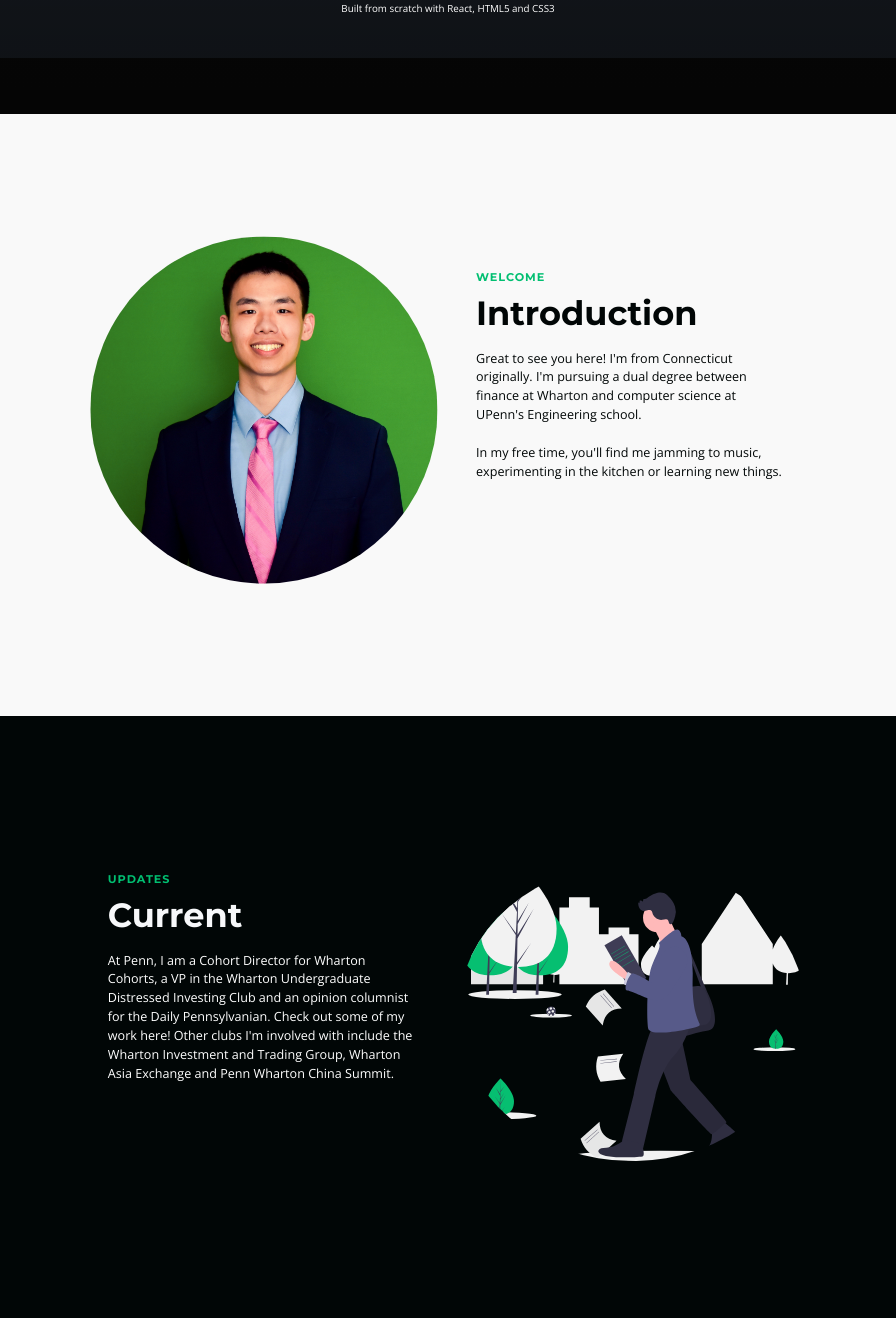
Repository: icer6683/Website
Page: /
These files come from the project's save history. The page is drawn as it stood at one moment and after the next save; the edit follows.
The browser window is 1280 px wide. The pictures show the part of the page from y = 717 to 2637 px (the page is 5676 px tall), at 70% of full size.
Pictures or frames that could not be fetched are drawn as grey boxes. The project was rebuilt for these pictures with package versions that can differ from the ones it lists, and the page was loaded fresh each time. Also part of the build but not shown: src/Components/ContactMe/ContactMeElements.js, src/Components/ContactMe/index.js, src/Pages/contactme.js. Imported but missing from the stored project, and not drawn on this page: src/Video/video.mp4.

Above is the page before, as saved 2023-07-03 13:23:42.

### public/index.html
<!DOCTYPE html>
<html lang="en">

<head>
  <meta charset="utf-8" />
  <link rel="icon" href="%PUBLIC_URL%/logo.png" />
  <meta name="viewport" content="width=device-width, initial-scale=1" />
  <meta name="theme-color" content="#000000" />
  <meta name="name" content="Andrew Lou" />
  <meta name="description" content=" Portfolio website of Andrew Lou, a undergradaute student at Wharton." />
  <meta name="keywords" content="Andrew Lou, Wharton, Cornell, UPenn, Finance, Computer Science, Connecticut ">
  <link rel="apple-touch-icon" href="%PUBLIC_URL%/logo.png" />
  <link rel="stylesheet" href="https://use.fontawesome.com/releases/v5.15.1/css/all.css"
    integrity="sha384-vp86vTRFVJgpjF9jiIGPEEqYqlDwgyBgEF109VFjmqGmIY/Y4HV4d3Gp2irVfcrp" crossorigin="anonymous">
  <link rel="preconnect" href="https://fonts.gstatic.com">
  <link rel="preconnect" href="https://fonts.gstatic.com">
  <link href="https://fonts.googleapis.com/css2?family=Montserrat:wght@600;700&display=swap" rel="stylesheet">
  <link rel="preconnect" href="https://fonts.gstatic.com">
  <link href="https://fonts.googleapis.com/css2?family=Open+Sans:wght@300;400&display=swap" rel="stylesheet">
  <!--
      manifest.json provides metadata used when your web app is installed on a
      user's mobile device or desktop. See https://developers.google.com/web/fundamentals/web-app-manifest/
    -->
  <link rel="manifest" href="%PUBLIC_URL%/manifest.json" />
  <!--
      Notice the use of %PUBLIC_URL% in the tags above.
      It will be replaced with the URL of the `public` folder during the build.
      Only files inside the `public` folder can be referenced from the HTML.

      Unlike "/favicon.ico" or "favicon.ico", "%PUBLIC_URL%/favicon.ico" will
      work correctly both with client-side routing and a non-root public URL.
      Learn how to configure a non-root public URL by running `npm run build`.
    -->
  <title>Andrew Lou</title>
</head>

<body>
  <noscript>Hey there! This is Andrew. I'm orginally from Connecticut. I'm currently a sophomore at Wharton focusing on
    finance and computer science. Browse this website to learn more me! </noscript>
  <div id="root"></div>
  <!--
      This HTML file is a template.
      If you open it directly in the browser, you will see an empty page.

      You can add webfonts, meta tags, or analytics to this file.
      The build step will place the bundled scripts into the <body> tag.

      To begin the development, run `npm start` or `yarn start`.
      To create a production bundle, use `npm run build` or `yarn build`.
    -->
</body>

</html>

### src/App.js
import './App.css';
import React from 'react';
import { BrowserRouter as Router, Switch, Route } from 'react-router-dom'
import Home from './Pages';
import ContactMePage from './Pages/contactme';
function App() {
  return (
    <Router>
      <Switch>
        <Route path="/" component={Home} exact />
        <Route path="/contactme" component={ContactMePage} exact />
      </Switch>
    </Router>
  );
}

export default App;

### src/App.css
*{
  box-sizing: border-box;
  margin: 0;
  padding:0;
  font-family: 'Montserrat', sans-serif;
}

### src/Pages/index.js
import React, { useState } from 'react'
import Navbar from '../Components/Navbar';
import Topbar from '../Components/Topbar';
import HeroSection from '../Components/Main';
import Sections from '../Components/Sections';
import Gallery from '../Components/Gallery';
import { homeObjOne, homeObjTwo } from '../Components/Sections/Data';
import Footer from '../Components/Footer'
import Timeline from '../Components/Timeline';
const Home = () => {
    const [isOpen, setIsOpen] = useState(false);

    const toggle = () => {
        setIsOpen(!isOpen);
    };
    return (
        <>
            <Topbar isOpen={isOpen} toggle={toggle} />
            <Navbar toggle={toggle} />
            <HeroSection />
            <Sections {...homeObjOne} />
            <Sections {...homeObjTwo} />
            <Timeline />
            <Gallery />
            <Footer />
        </>
    )
}

export default Home

### src/Components/Topbar/index.js
import React from 'react';
import { TopbarContainer, Icon, CloseIcon, TopbarWrapper, TopbarMenu, TopbarLink, TopBtnWrap, TopbarRoute, TopbarContactMe, StyledPopup, TopBtnLink }
    from './TopbarElements';
import { animateScroll as scroll } from 'react-scroll';

const Topbar = ({ isOpen, toggle }) => {
    const changeTop = () => {
        scroll.scrollToTop();
    }
    return (
        <TopbarContainer isOpen={isOpen} onClick={toggle}>
            <Icon onClick={toggle}>
                <CloseIcon />
            </Icon>
            <TopbarWrapper>
                <TopbarMenu>
                    <TopbarLink to="about" onClick={toggle}>About</TopbarLink>
                    <TopbarLink to="updates" onClick={toggle}>Updates</TopbarLink>
                    <TopbarLink to="experiences" onClick={toggle}>Experiences</TopbarLink>
                    <TopbarLink to="interests" onClick={toggle}>Interests</TopbarLink>
                </TopbarMenu>
                <TopBtnWrap>
                    <TopBtnLink to='/contactme' onClick={changeTop}>Contact Me</TopBtnLink>
                </TopBtnWrap>
            </TopbarWrapper>
        </TopbarContainer>
    );
};

export default Topbar;

### src/Components/Main/index.js
import React from 'react';
import Video from '../../Video/video.mp4';
import { HeroContainer, HeroBg, VideoBg, HeroContent, HeroH1, HeroP, HeroBtnMenu, HeroSmall } from './HeroElements';
import './Main.css';
import Typewriter from 'typewriter-effect';
const HeroSection = ({ shape }) => {
    return (
        <HeroContainer id="home">
            <HeroBg>
                <VideoBg autoPlay loop playsinline muted src={Video} type='video/mp4' style={{ WebkitMediaControls: 'display(none)' }} />
            </HeroBg>
            <HeroContent>
                <HeroH1><Typewriter
                    onInit={(typewriter) => {
                        typewriter
                            .typeString("Hey there, nice to meet you!")
                            .pauseFor(1000)
                            .deleteAll()
                            .typeString("I'm Andrew. ")
                            .start();
                    }}
                /></HeroH1>
                <HeroP>
                    Rising Senior at <a href="https://www.wharton.upenn.edu/" class="whartonLink">Wharton</a>.
                </HeroP>
                <HeroBtnMenu>
                    <a href="https://github.com/icer6683" className="buttonMain" target="_blank" rel="noreferrer"><i class="fab fa-github fa-2x button"></i></a>
                    <a href="http://www.linkedin.com/in/andrewlou6683" className="buttonMain" target="_blank" rel="noreferrer"><i class="fab fa-linkedin fa-2x button"></i></a>
                </HeroBtnMenu>
                <HeroSmall style={{ transform: 'translate(0%, 1400%)' }}>
                    Built from scratch with React, HTML5 and CSS3
                </HeroSmall>
            </HeroContent>
        </HeroContainer>
    )
}

export default HeroSection

### src/Components/Sections/Data.js
import face from '../../Images/face.JPG';
import walking from '../../Images/walking.svg';

export const homeObjOne = {
    id: 'about',
    lightBg: true,
    lightText: false,
    lightTextDesc: false,
    topLine: 'Welcome',
    headline: "Introduction",
    description: "Great to see you here! I'm from Connecticut originally. I'm pursuing a dual degree between finance at Wharton and computer science at UPenn's Engineering school. \n\nIn my free time, you'll find me jamming to music, experimenting in the kitchen or learning new things. ",
    shape: false,
    imgStart: true,
    img: face,
    alt: 'Face',
    dark: true,
    primary: true,
    darkText: true,
    round: true,
    show: 'none'
}
export const homeObjTwo = {
    id: 'updates',
    lightBg: false,
    lightText: true,
    lightTextDesc: true,
    topLine: 'Updates',
    headline: "Current",
    description: "At Penn, I am a Cohort Director for Wharton Cohorts, a VP in the Wharton Undergraduate Distressed Investing Club and an opinion columnist for the Daily Pennsylvanian. Check out some of my work here! Other clubs I'm involved with include the Wharton Investment and Trading Group, Wharton Asia Exchange and Penn Wharton China Summit. ",
    shape: false,
    imgStart: false,
    img: walking,
    alt: 'Absorbed in Work',
    dark: false,
    primary: true,
    darkText: false,
    round: true,
    show: 'none'
}

export const homeObjThree = {
    id: 'updates',
    lightBg: false,
    lightText: true,
    lightTextDesc: true,
    topLine: 'Updates',
    headline: "Current",
    description: "At Cornell, I was involved with the Student Activities Funding Commission, Association of Computer Science Undergraduates, Ascend Business Club and Cornell Undergraduate Research Board. \n \nIn addition, I served as a consultant for CS 2110: Object-Oriented Programming and Data Structures in spring 2021. ",
    shape: false,
    imgStart: false,
    img: walking,
    alt: 'Absorbed in Work',
    dark: false,
    primary: true,
    darkText: false,
    round: true,
    show: 'none'
}

### src/Components/Footer/index.js
import React from 'react'
import { FooterContainer, FooterWrap, FooterLinksContainer, FooterLinksWrapper, FooterLinkItems, FooterLinkTitle, FooterLink, SocialLogo, WebsiteRights, SocialMedia, SocialMediaWrap } from './FooterElements'
import { animateScroll as scroll } from 'react-scroll';
import logo from '../logo.png';
const Footer = () => {

    const toggleHome = () => {
        scroll.scrollToTop();
    }

    return (
        <>
            <FooterContainer>
                <FooterWrap>
                    <FooterLinksContainer>
                        <FooterLinksWrapper>
                        </FooterLinksWrapper>
                    </FooterLinksContainer>

                    <SocialMedia>
                        <SocialMediaWrap>
                            <SocialLogo to='/' onClick={toggleHome}>
                                <img src={logo} style={{ width: '50px', borderRadius: '7px' }}></img>
                            </SocialLogo>
                            <WebsiteRights>Andrew Lou © {new Date().getFullYear()} All rights reserved. </WebsiteRights>
                        </SocialMediaWrap>
                    </SocialMedia>
                </FooterWrap>
            </FooterContainer >
        </>
    )
}

export default Footer

### src/Components/Main/Main.css
.buttonMain{
    width: 60px;
    height: 60px;
    background-color: white;
    color: #010606;
    text-decoration: none;
    border-radius: 50px;
    white-space: nowrap;
    outline: none;
    border: none;
    cursor: pointer;
    display: flex;
    justify-content: center;
    align-items: center;
    transition: all 0.2s ease-in-out;
    padding: 5px;
}

.whartonLink{
    color: #01bf71;
    text-decoration: none;
}

.buttonMain:hover{
    transition: all 0.2s ease-in-out;
    background-color: #01BF71;
}

### src/Components/ButtonElement.js
import styled from 'styled-components';
import {Link as LinkS} from 'react-scroll'

export const Button = styled(LinkS)`
    width: ${({shape}) => (shape ? '60px' : '')};
    height: ${({shape}) => (shape ? '60px' : '')};
    border-radius: 50px;
    background: ${({primary}) => (primary ? '#01BF71' : '#010606')};
    white-space: nowrap;
    padding: ${({big}) => (big ? '14px 48px' : '12px 30px')};
    color: ${({dark}) => (dark ? '#010606' : '#fff')};
    font-size: ${({fontBig}) =>(fontBig ? '20px' : '16px')};
    outline: none;
    border: none;
    cursor: pointer;
    display: flex;
    justify-content: center;
    align-items: center;
    transition: all 0.2s ease-in-out;
    text-decoration: none;
    font-family: 'Open Sans', sans serif;
    &: hover{
        transition: all 0.2s ease-in-out;
        background: ${({primary}) => (primary ? '#fff' : '#01BF71')};
    }
`

### src/Components/Gallery/GalleryComponents.js
import styled from 'styled-components';

export const GalleryContainer = styled.div`
    height: 900px;
    display: flex;
    flex-direction: column;
    justify-content: center;
    align-items: center;
    background: #010606;

    @media screen and (max-width: 1300px){
        height: 1200px;
    }

    @media screen and (max-width: 768px){
        height: 1900px;
    }
`

export const GalleryWrapper = styled.div`
    max-width: 1300px;
    margin: 0 auto;
    display: grid;
    grid-template-columns: 1fr 1fr 1fr 1fr;
    align-items: center;
    grid-gap: 16px;
    padding: 0 50px;

    @media screen and (max-width: 1300px){
        grid-template-columns: 1fr 1fr 1fr;
    }

    @media screen and (max-width: 1000px){
        grid-template-columns: 1fr 1fr;
    }

    @media screen and (max-width: 768px){
        grid-template-columns: 1fr;
        padding: 0 20px;
    }
`

export const GalleryCard = styled.div`
    background: #fff;
    display: flex;
    flex-direction: column;
    justify-content: flex-start;
    align-items: center;
    border-radius: 10px;
    max-width: 340px;
    height: 350px;
    padding: 30px;
    box-shadow: 0 1px 3px rgba (0,0,0,0.2);
    transition: all 0.2s ease-in-out;

    &:hover{
        transform: scale(1.02);
        transition: all 0.2s ease-in-out;
        cursor: pointer;
    }
`

export const GalleryIcon = styled.img`
    height: 160px;
    width: 160px;
    margin-bottom: 10px;
`

export const GalleryH1 = styled.h1`
    font-size: 2.5rem;
    color: #fff;
    margin-bottom: 64px;

    @media screen and (max-width: 480px){
        font-size: 2rem;
    }
`

export const GalleryH2 = styled.h2`
    font-size: 1rem;
    margin-bottom: 10px;
`

export const GalleryP = styled.p`
    font-size: 0.9rem;
    text-align: center;
    font-family: 'Open Sans', sans serif;
`

### src/Components/Footer/FooterElements.js
import styled from 'styled-components';
import {Link} from 'react-router-dom';
export const FooterContainer = styled.footer`
    background-color: #101522;
`

export const FooterWrap= styled.div`
    padding: 48px 24px;
    display: flex;
    flex-direction: column;
    justify-content: center;
    align-items: center;
    max-width: 1100px;
    margin: 0 auto;
`

export const FooterLinksContainer = styled.div`
    display: flex;
    justify-content: center;

    @media screen and (max-width: 820px){
        padding-top: 32px;
    }
`

export const FooterLinksWrapper = styled.div`
    display: flex;

    @media screen and (max-width: 820px){
        flex-direction: column;
    }
`

export const FooterLinkItems = styled.div`
    display: flex;
    flex-direction: column;
    align-items: flex-start;
    margin: 16px;
    text-align: center;
    width: 160px;
    box-sizing: border-box;
    color: #fff;

    @media screen and (max-width: 420px){
        margin: 0;
        padding: 10px;
        width: 100%;
    }
`

export const FooterLinkTitle = styled.h1`
    font-size: 14px;
    margin-bottom: 16px;

`

export const FooterLink = styled(Link)`
    font-family: 'Open Sans', sans serif;
    color: #fff;
    text-decoration: none;
    margin-bottom: 0.5rem;
    font-size: 14px;
    font-weight: 300px;
    &:hover{
        color: #01bf71;
        transition: 0.3s ease-in-out;
    }
`
export const SocialMedia = styled.section`
    max-width: 1000px;
    width: 100%;
`

export const SocialMediaWrap = styled.div`
    display: flex;
    justify-content: space-between;
    align-items: center;
    max-width: 1100px;
    margin: 40px auto 0 auto;

    @media screen and (max-width: 820px){
        flex-direction: column;
    }
`
export const SocialLogo = styled(Link)`
    color: #fff;
    justify-self: start;
    cursor: pointer;
    text-decoration: none;
    font-size: 1.5rem;
    display: flex;
    align-items: center;
    margin-bottom: 16px;
    font-weight: bold;
`

export const WebsiteRights = styled.small`
    color: #fff;
    margin-bottom: 16px;

`

### src/Components/Timeline/TimelineElements.js
import styled from 'styled-components'

let TimelineElements = [
    {
        id: 1,
        title: "Rest of Undegraduate @ Wharton",
        location: "Philadelphia, Pennsylvania",
        description: "Class of 2024",
        buttonText: "Wharton",
        date: "May 2021 - Present",
        icon: "school",
        link: "https://undergrad.wharton.upenn.edu/"
    },
    {
        id: 2,
        title: "Freshman year @ Cornell",
        location: "Ithaca, New York",
        description: "I was on the Economics and Computer Science double major track. ",
        buttonText: "Cornell",
        date: "Aug 2020 - May 2021",
        icon: "school",
        link: "https://www.cornell.edu/"
    },
    {
        id: 3,
        title: "Summer Intern @ Yale Center of Analytical Sciences",
        location: "New Haven, Connecticut",
        description: "A participant of the Yale Young Scholars program, I returned the following year to help organize the program. I led R programming sessions and clinical research methods as a TA. I mentored four Young Scholars, preparing students for the formal presentation on analysis of an Autism Spectrum Disorder clinical trial data set. ",
        buttonText: "Yale Center of Analytical Sciences",
        date: "Jul 2018 – Aug 18, Jul 2019 – Aug 2019",
        icon: "work",
        link: "https://publichealth.yale.edu/ycas/training/young_scholars/"
    },
    {
        id: 4,
        title: "High School Diploma @ Cheshire High School",
        location: "Cheshire, Connecticut",
        description: "Valedictorian",
        buttonText: "Cheshire High School",
        date: "Aug 2016 - Jun 2020",
        icon: "school",
        link: "https://sites.google.com/a/cheshire.k12.ct.us/chs/"
    },
];

export const BtnWrap = styled.nav`
    display: flex;
    align-items: center;
`
export default TimelineElements;

### src/Components/Timeline/Timeline.css
#experiences{
    padding-left: 30px;
    padding-right: 30px;
    padding-bottom: 100px;
}
.topline{
    color: #01bf71;
    font-size: 16px;
    line-height: 16px;
    font-weight: 700;
    letter-spacing: 1.4px;
    text-transform: uppercase;
    margin-bottom: 16px;
    text-align: center;
    padding: 45px 0 0 0;
}
.title{
    text-align: center;
    margin-bottom: 24px;
    font-size: 48px;
    line-height: 1.1;
    font-weight: 700;
    color: #010606;

    @media screen and (max-width: 480px){
        font-size: 32px;
    }
}

h3{
    padding-top: 0.25em;
}

.vertical-timeline-element-content {
    padding: 2rem 3em !important;
    box-shadow: 0 0.25em 0.5em 0 rgba(0, 0, 0, 0.25),
    0 0.4em 1.25em 0 rgba(0, 0, 0, 0.15) !important;
}

.vertical-timeline-element{
    color: black;
}


.date {
    color: rgb(151, 151, 151);
}

#description {
    margin: 1.5em 0 2em 0;
    font-family: 'Open Sans', sans-serif;
}

.buttonTime{
    max-width: 195px;
    border-radius: 5px;
    padding: 0.5em 1em;
    color: #010606;
    cursor: pointer;
    transition: all 0.2s ease-in-out;
    text-decoration: none;
}

.workButton{
    background: #06bf71;
}

.workButton:hover{
    background:white;
}

.schoolButton{
    background: #65E4FF;
}

.schoolButton:hover{
    background:white;
}

.custom-line::before {
    background: #424242;
  }


@media only screen and (max-width: 1700px) {
    .vertical-timeline-element-date {
      display: block !important;
      float: none !important;
      color: rgb(44, 44, 44);
      margin-top: 1.5em;
    }
  }

Loaded but not shown: src/index.js (common file); src/Components/Navbar/NavbarElements.js (176 lines, source omitted); src/Components/Navbar/index.js (77 lines, source omitted); src/Components/Topbar/TopbarElements.js (129 lines, source omitted); src/Components/Sections/SectionElements.js (115 lines, source omitted); src/Components/Timeline/index.js (49 lines, source omitted); src/Components/Gallery/index.js (39 lines, source omitted); src/Components/Main/HeroElements.js (115 lines, source omitted); src/Components/Sections/index.js (45 lines, source omitted)

After the next save:
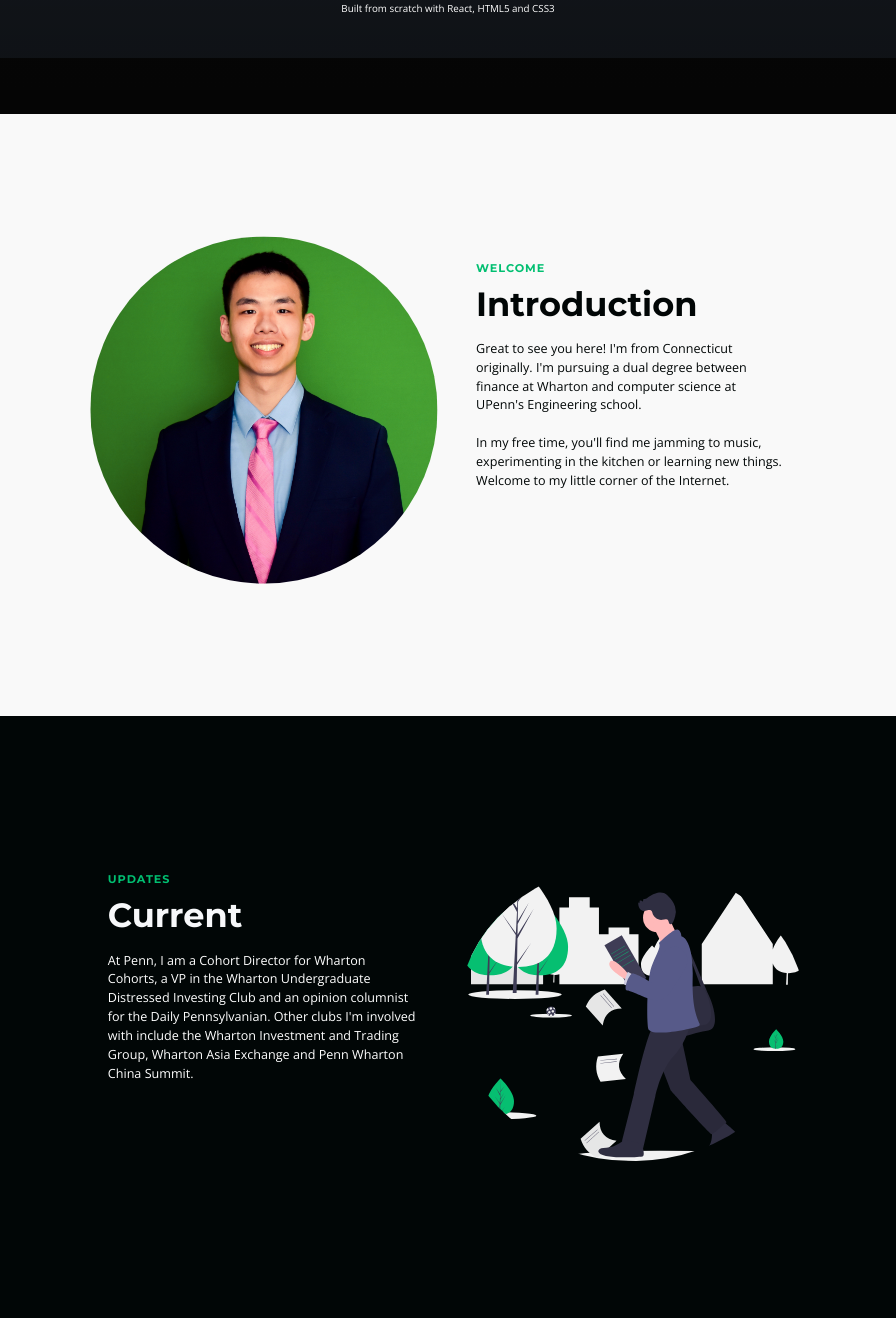
Saved 2 min 47 s later.
--- a/src/Components/Sections/Data.js
+++ b/src/Components/Sections/Data.js
@@ -8,7 +8,7 @@
     lightTextDesc: false,
     topLine: 'Welcome',
     headline: "Introduction",
-    description: "Great to see you here! I'm from Connecticut originally. I'm pursuing a dual degree between finance at Wharton and computer science at UPenn's Engineering school. \n\nIn my free time, you'll find me jamming to music, experimenting in the kitchen or learning new things. ",
+    description: "Great to see you here! I'm from Connecticut originally. I'm pursuing a dual degree between finance at Wharton and computer science at UPenn's Engineering school. \n\nIn my free time, you'll find me jamming to music, experimenting in the kitchen or learning new things. Welcome to my little corner of the Internet. ",
     shape: false,
     imgStart: true,
     img: face,
@@ -26,7 +26,7 @@
     lightTextDesc: true,
     topLine: 'Updates',
     headline: "Current",
-    description: "At Penn, I am a Cohort Director for Wharton Cohorts, a VP in the Wharton Undergraduate Distressed Investing Club and an opinion columnist for the Daily Pennsylvanian. Check out some of my work here! Other clubs I'm involved with include the Wharton Investment and Trading Group, Wharton Asia Exchange and Penn Wharton China Summit. ",
+    description: "At Penn, I am a Cohort Director for Wharton Cohorts, a VP in the Wharton Undergraduate Distressed Investing Club and an opinion columnist for the Daily Pennsylvanian. Other clubs I'm involved with include the Wharton Investment and Trading Group, Wharton Asia Exchange and Penn Wharton China Summit. ",
     shape: false,
     imgStart: false,
     img: walking,
@@ -45,7 +45,7 @@
     lightTextDesc: true,
     topLine: 'Updates',
     headline: "Current",
-    description: "At Cornell, I was involved with the Student Activities Funding Commission, Association of Computer Science Undergraduates, Ascend Business Club and Cornell Undergraduate Research Board. \n \nIn addition, I served as a consultant for CS 2110: Object-Oriented Programming and Data Structures in spring 2021. ",
+    description: "At Cornell, I was involved with the Student Activities Funding Commission, Association of Computer Science Undergraduates, Ascend Business Club and Cornell Undergraduate Research Board. \n \nIn addition, I served as a consultant for CS 2110: Object-Oriented Programming and Data Structures. ",
     shape: false,
     imgStart: false,
     img: walking,
